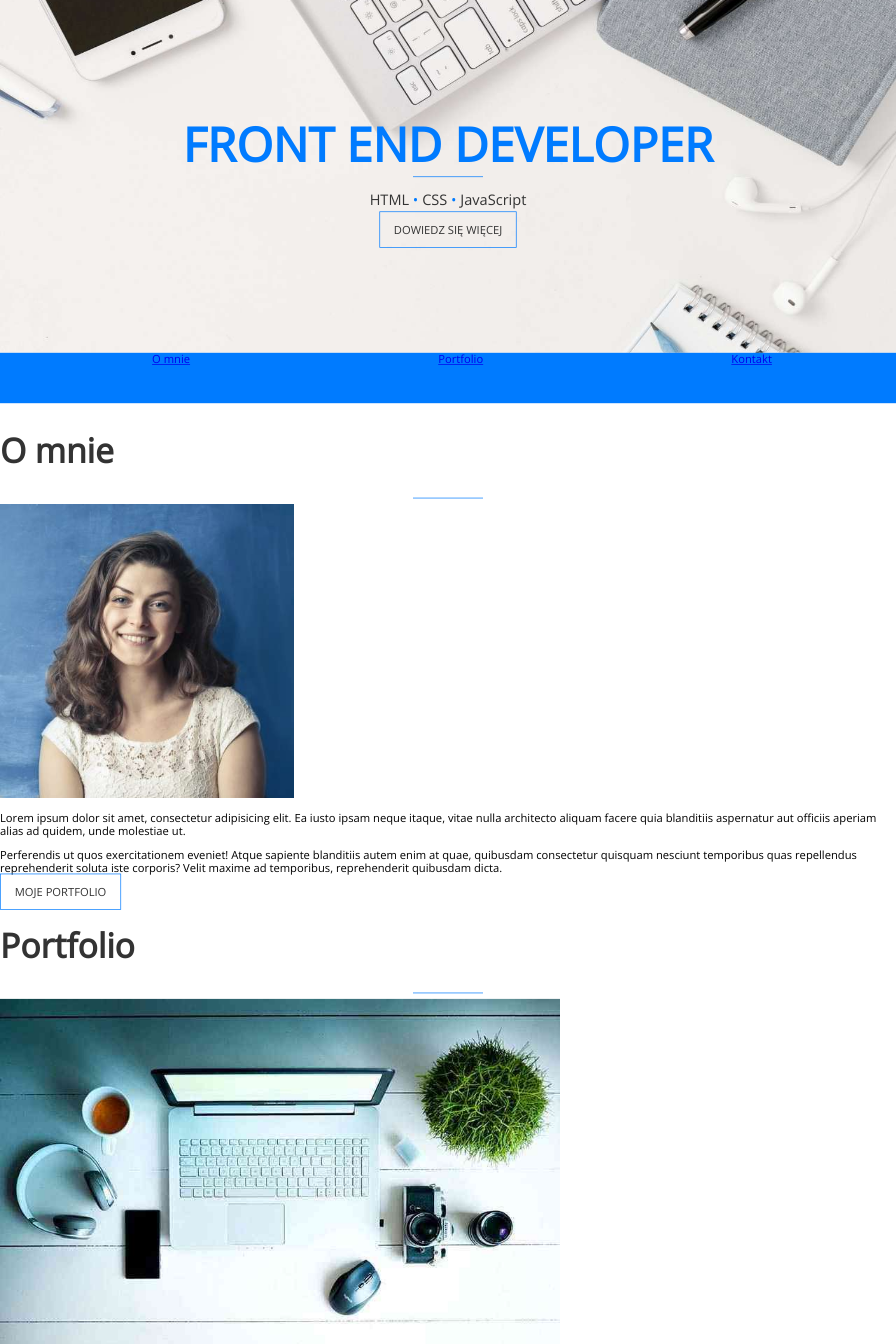
Repository: magdaf41/CSS
Page: zadanie_9/index.html
These files come from the project's save history. The page is drawn as it stood at one moment and after the next save; the edit follows.
The browser window is 1280 px wide. The pictures show the part of the page from y = 0 to 1920 px (the page is 7730 px tall), at 70% of full size.

Above is the page before, as saved 2020-08-25 22:02:17.

### zadanie_9/index.html
<!DOCTYPE html>
<html lang="pl">

<head>
    <meta charset="UTF-8">
    <meta name="viewport" content="width=device-width, initial-scale=1.0">
    <title>Portfolio</title>
    <link rel="stylesheet" href="css/normalize.css">

    <link rel="stylesheet" href="https://cdnjs.cloudflare.com/ajax/libs/font-awesome/4.7.0/css/font-awesome.min.css">

    <link href="https://fonts.googleapis.com/css2?family=Open+Sans:wght@300;400&display=swap" rel="stylesheet">

    <link rel="stylesheet" href="css/style.css">
</head>

<body>

    <header class="main-header">
        <div class="main-header-content">
        <h1>Front end developer</h1>
        <hr>
        <p>HTML <span>&bull;</span> CSS <span>&bull;</span> JavaScript </p>
        <a href="" class="btn">Dowiedz się więcej</a>

    </div>
    </header>

    <nav>
        <ul>
            <li class="about"><a href="#about">O mnie </a> </li>
            <li class="portfolio"><a href="#portfolio">Portfolio</a></li>
            <li id="contact"><a href="#contact">Kontakt</a></li>
        </ul>
    </nav>

    <section id="about">
        <h2 class="title">O mnie</h2>
        <hr>
        <img src="img/about.jpg" alt="moje_zdjęcie">
        <p>Lorem ipsum dolor sit amet, consectetur adipisicing elit. Ea iusto ipsam neque itaque, vitae nulla architecto
            aliquam facere quia blanditiis aspernatur aut officiis aperiam alias ad quidem, unde molestiae ut.</p>
        <p>Perferendis ut quos exercitationem eveniet! Atque sapiente blanditiis autem enim at quae, quibusdam
            consectetur quisquam nesciunt temporibus quas repellendus reprehenderit soluta iste corporis? Velit maxime
            ad temporibus, reprehenderit quibusdam dicta.</p>
            <a href="" class="btn">Moje portfolio</a>


    </section>

    <section id="portfolio">
        <h2 class="title">Portfolio</h2>
        <hr>
        <img src="img/portfolio/photo-1.jpg" alt="photo-1">
        <img src="img/portfolio/photo-2.jpg" alt="photo-2">
        <img src="img/portfolio/photo-3.jpg" alt="photo-3">
        <img src="img/portfolio/photo-4.jpg" alt="photo-4">
        <img src="img/portfolio/photo-5.jpg" alt="photo-5">
        <img src="img/portfolio/photo-6.jpg" alt="photo-6">
        <img src="img/portfolio/photo-7.jpg" alt="photo-7">
        <img src="img/portfolio/photo-8.jpg" alt="photo-8">
        <img src="img/portfolio/photo-9.jpg" alt="photo-9">
        <img src="img/portfolio/photo-10.jpg" alt="photo-10">
        <img src="img/portfolio/photo-11.jpg" alt="photo-11">
        <img src="img/portfolio/photo-12.jpg" alt="photo-12">
    </section>

    <section id="contact"></section>
    <h2 class="title">Kontakt</h2>
    <hr>
    <form class="form">
        <input type="text" name="name" id="name" placeholder="Imię">
        <input type="email" name="email" id="email" placeholder="Email">
        <textarea name="message" id="message" placeholder="Wiadomość"></textarea>
        <button type="submit" class="button">Wyślij wiadomość</button>
    </form>

    <a href="#" class="fa fa-facebook"></a>
    <a href="#" class="fa fa-twitter"></a>

    <footer>
        <p>Copyright&copy; Magdalena Falkowska-Legieć
        <p></p>
    </footer>

</body>

</html>

### zadanie_9/css/style.css
* {
    box-sizing: border-box;
}

body {
    font-family: 'Open Sans', sans-serif;
}

hr {
    background-color: #007bff;
    width: 100px;
    height: 1px;
    border: none;
    padding: 0%;
}

.btn {
    text-decoration: none;
    text-transform: uppercase;
    color: #333;
    border: 1px solid #007bff;
    padding: 14px 20px;
    cursor: pointer;
}

/* Header style */

.main-header {
    height: 70vh;
    background-image: url(../img/header.jpg);
    background-size: cover;
    background-position: center;
    background-repeat: no-repeat;
    display: flex;
    align-items: center;
    justify-content: center;
}

.main-header .main-header-content {
    text-align: center;
}

.main-header .main-header-content h1 {
    font-size: 4.2em;
    color: #007bff;
    text-transform: uppercase;
    margin: 0;
}


.main-header .main-header-content p{
    font-size: 1.3em;
    text-align: center;
    color: #333;
}

span {
    color: #007bff;
}





/* nav */
nav {
    background-color: #007bff ;
    height: 10vh;
}
ul, ul li {
    display: flex;
    justify-content: center;
    align-content: center;
	list-style: none;
	margin: auto;
}
ul {
    text-align: center;
    display: flex;
    align-content: center;
    justify-content: center;
}

ul li {
    display: inline;
    justify-content: space-between;
    align-items: center;


}
.skills {
    font-size: 1.3em;
}

.menu {
    font-size: 1.9em;
}

.title {
    font-size: 3em;
    color: #333;
}

Loaded but not shown: zadanie_9/css/normalize.css (library)

After the next save:
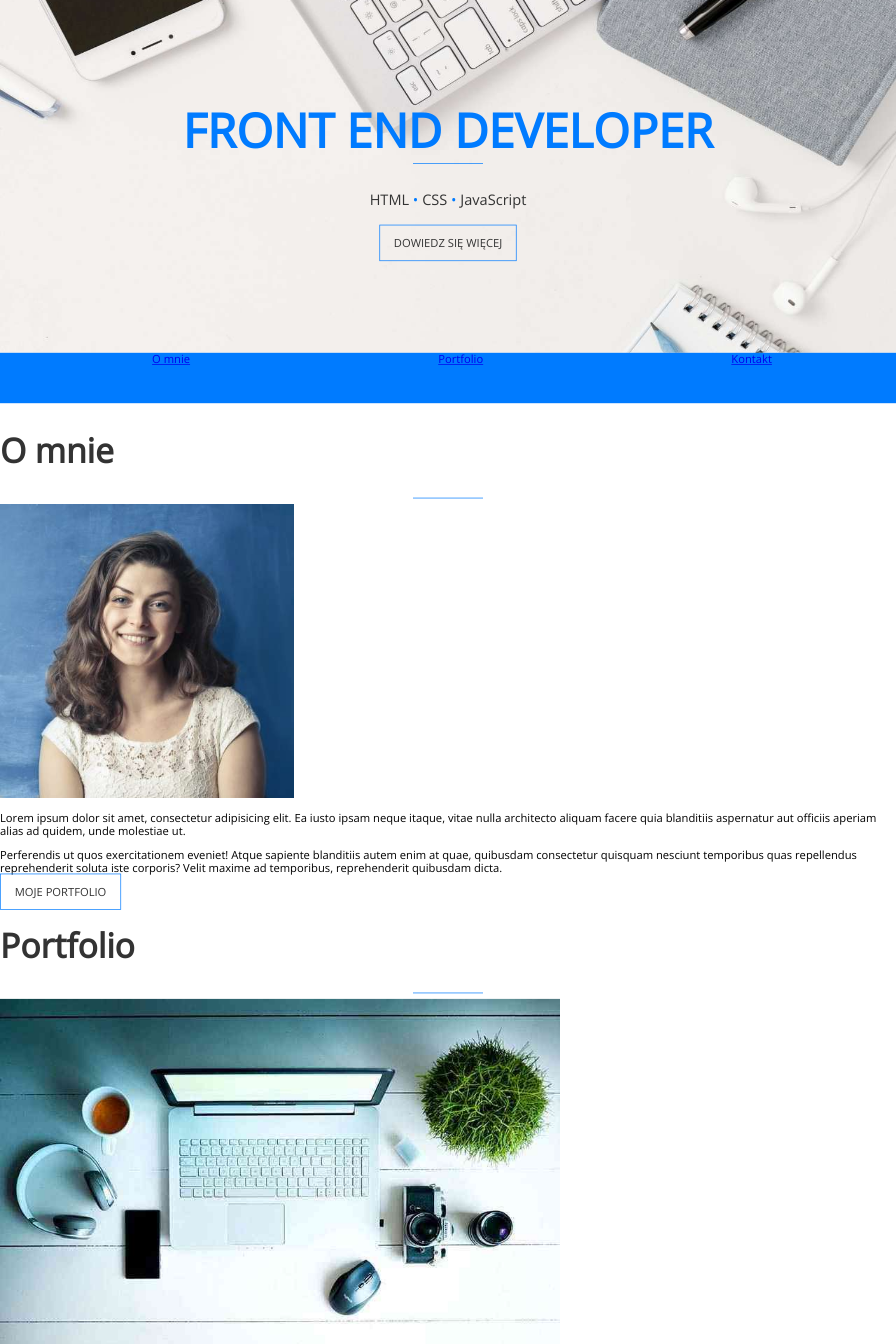
Saved 10 s later.
--- a/zadanie_9/css/style.css
+++ b/zadanie_9/css/style.css
@@ -48,13 +48,13 @@ hr {
 }
 
 
-.main-header .main-header-content p{
+.main-header .main-header-content p {
+    color: #333;
     font-size: 1.3em;
-    text-align: center;
-    color: #333;
+    margin: 40px 0;
 }
 
-span {
+.main-header .main-header-content p span {
     color: #007bff;
 }
 
